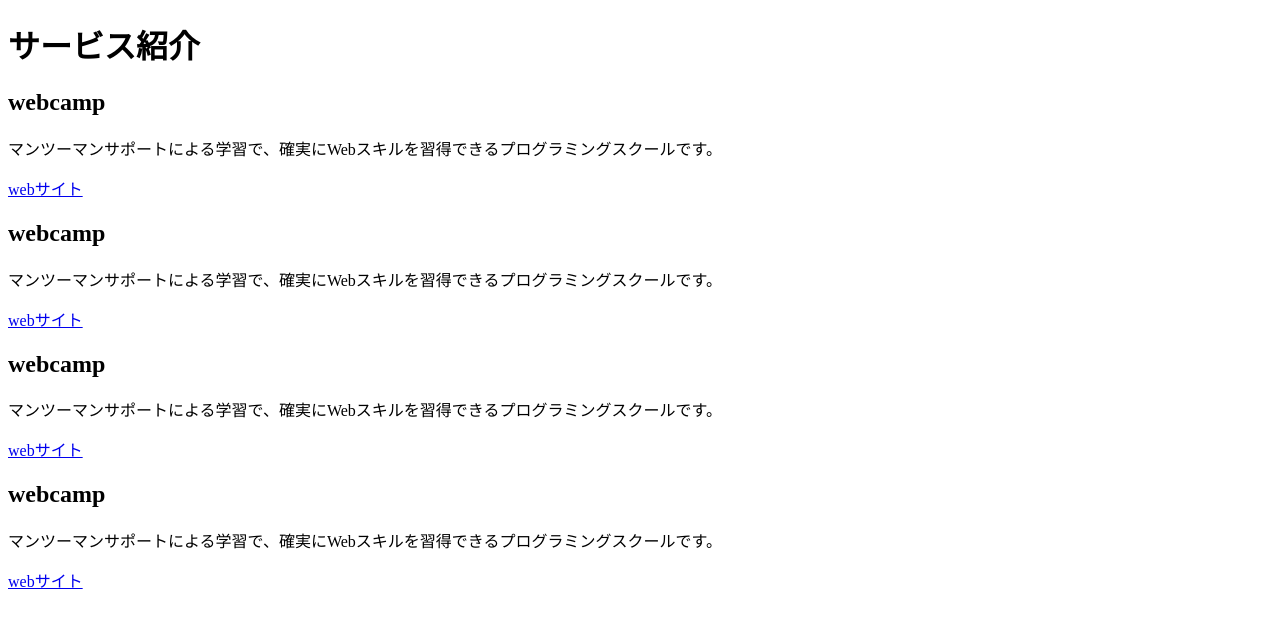
Repository: macchi-ro/-1
Page: sample/sample.html
The author's editor kept a record of every edit. The page is drawn from the files as they stood at one moment, then again after the next edit.
The browser window is 1280 px wide. The pictures show the whole page.

Above is the page before.

After the next edit:
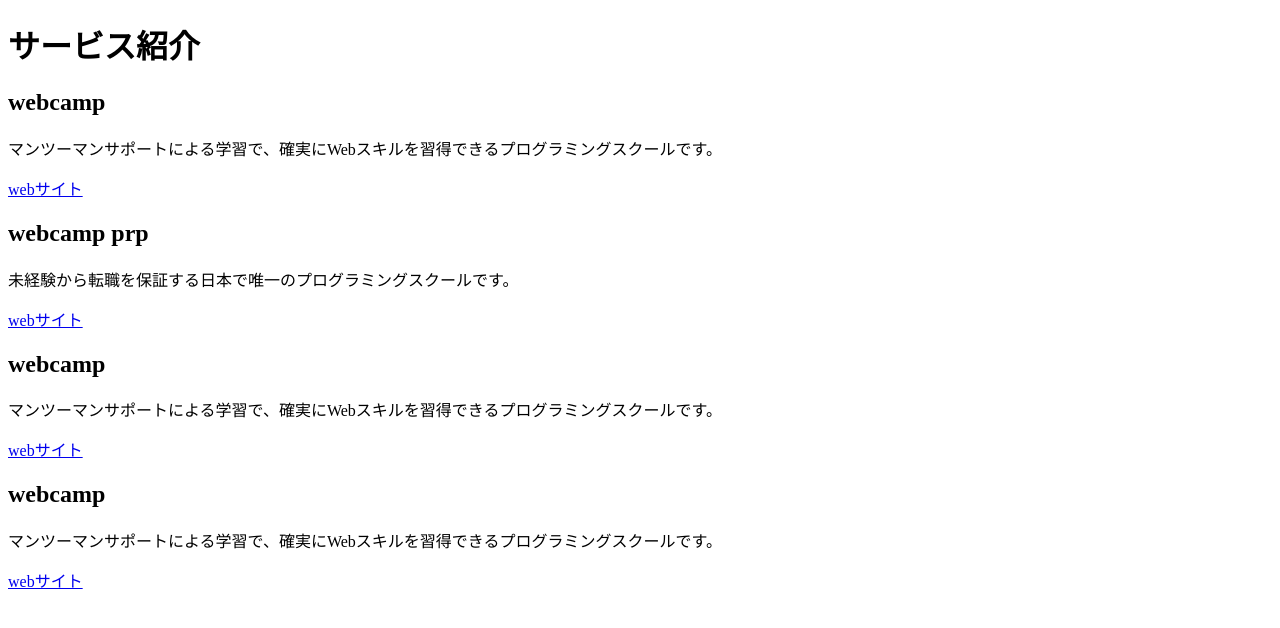
The edit:
--- a/sample/sample.html
+++ b/sample/sample.html
@@ -11,8 +11,8 @@
  <h2>webcamp</h2>
  <P>マンツーマンサポートによる学習で、確実にWebスキルを習得できるプログラミングスクールです。</P>
  <a href="https://web-camp.io/">webサイト</a>
-  <h2>webcamp</h2>
- <P>マンツーマンサポートによる学習で、確実にWebスキルを習得できるプログラミングスクールです。</P>
+  <h2>webcamp prp</h2>
+ <P>未経験から転職を保証する日本で唯一のプログラミングスクールです。</P>
  <a href="https://web-camp.io/">webサイト</a>
   <h2>webcamp</h2>
  <P>マンツーマンサポートによる学習で、確実にWebスキルを習得できるプログラミングスクールです。</P>
